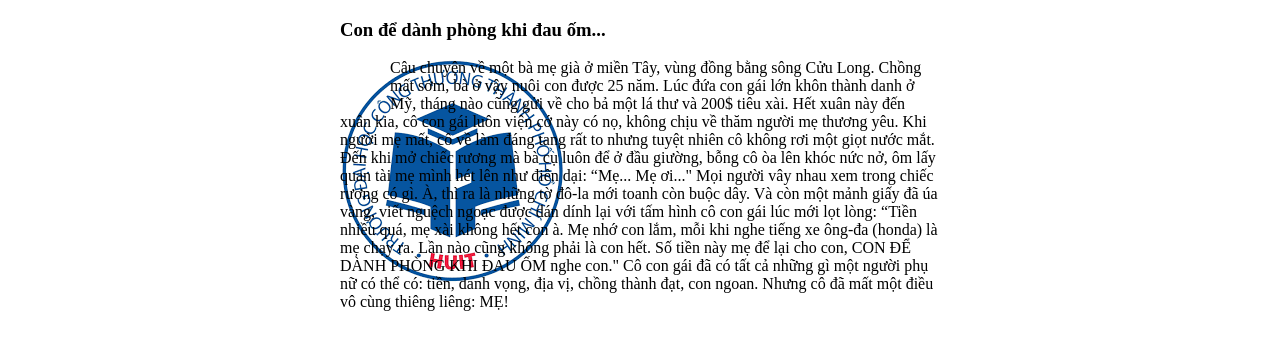
Repository: Tan-Khang21/TH_TKW--Buoi_06
Page: Bai_Tap_Mau/Bai_06/CSS6.html
The author's editor kept a copy of each file at every save. The page is drawn from the files as they stood at one save, then again after the next save.
The browser window is 1280 px wide. The pictures show the whole page.

Above is the page before, as saved 2024-03-11 17:27:07.

### Bai_Tap_Mau/Bai_06/CSS6.html
<!DOCTYPE html>
<html lang="en">
  <head>
    <meta charset="UTF-8" />
    <meta name="viewport" content="width=device-width, initial-scale=1.0" />
    <title>Document</title>
    <link rel="stylesheet" href="style.css" />
  </head>
  <body>
    <div class="container">
      <h3>Con để dành phòng khi đau ốm...</h3>
      <div class="images">
        <img src="../Bai_06/images/images.png" alt="" />
      </div>
      <p>
        Câu chuyện về một bà mẹ già ở miền Tây, vùng đồng bằng sông Cửu Long.
        Chồng mất sớm, bà ở vậy nuôi con được 25 năm. Lúc đứa con gái lớn khôn
        thành danh ở Mỹ, tháng nào cũng gửi về cho bả một lá thư và 200$ tiêu
        xài. Hết xuân này đến xuân kia, cô con gái luôn viện cớ này có nọ, không
        chịu về thăm người mẹ thương yêu. Khi người mẹ mất, cô về làm đáng tang
        rất to nhưng tuyệt nhiên cô không rơi một giọt nước mắt. Đến khi mở
        chiếc rương mà bà cụ luôn để ở đầu giường, bỗng cô òa lên khóc nức nở,
        ôm lấy quan tài mẹ mình hét lên như điên dại: “Mẹ... Mẹ ơi..." Mọi người
        vây nhau xem trong chiếc rương có gì. À, thì ra là những tờ đô-la mới
        toanh còn buộc dây. Và còn một mảnh giấy đã úa vàng, viết nguệch ngoạc
        được dán dính lại với tấm hình cô con gái lúc mới lọt lòng: “Tiền nhiều
        quá, mẹ xài không hết con à. Mẹ nhớ con lắm, mỗi khi nghe tiếng xe
        ông-đa (honda) là mẹ chạy ra. Lần nào cũng không phải là con hết. Số
        tiền này mẹ để lại cho con, CON ĐỂ DÀNH PHÒNG KHI ĐAU ỐM nghe con." Cô
        con gái đã có tất cả những gì một người phụ nữ có thể có: tiền, danh
        vọng, địa vị, chồng thành đạt, con ngoan. Nhưng cô đã mất một điều vô
        cùng thiêng liêng: MẸ!
      </p>
    </div>
  </body>
</html>

### Bai_Tap_Mau/Bai_06/style.css
.container {
  width: 600px;
  margin: 0 auto;
}
.images {
  float: left;
  width: 50px;
  height: 50px;
}

After the next save:
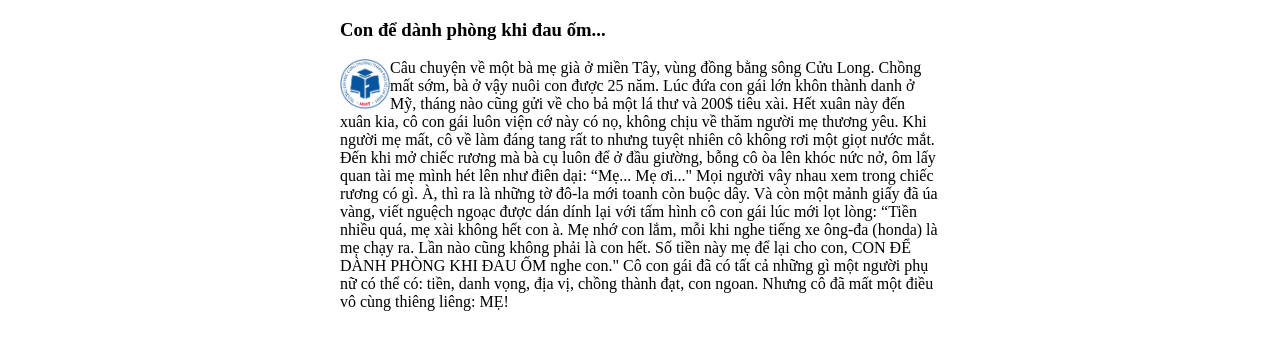
Saved 27 s later.
--- a/Bai_Tap_Mau/Bai_06/style.css
+++ b/Bai_Tap_Mau/Bai_06/style.css
@@ -7,3 +7,8 @@
   width: 50px;
   height: 50px;
 }
+.images img {
+  width: 100%;
+  height: 100%;
+  object-fit: contain;
+}
